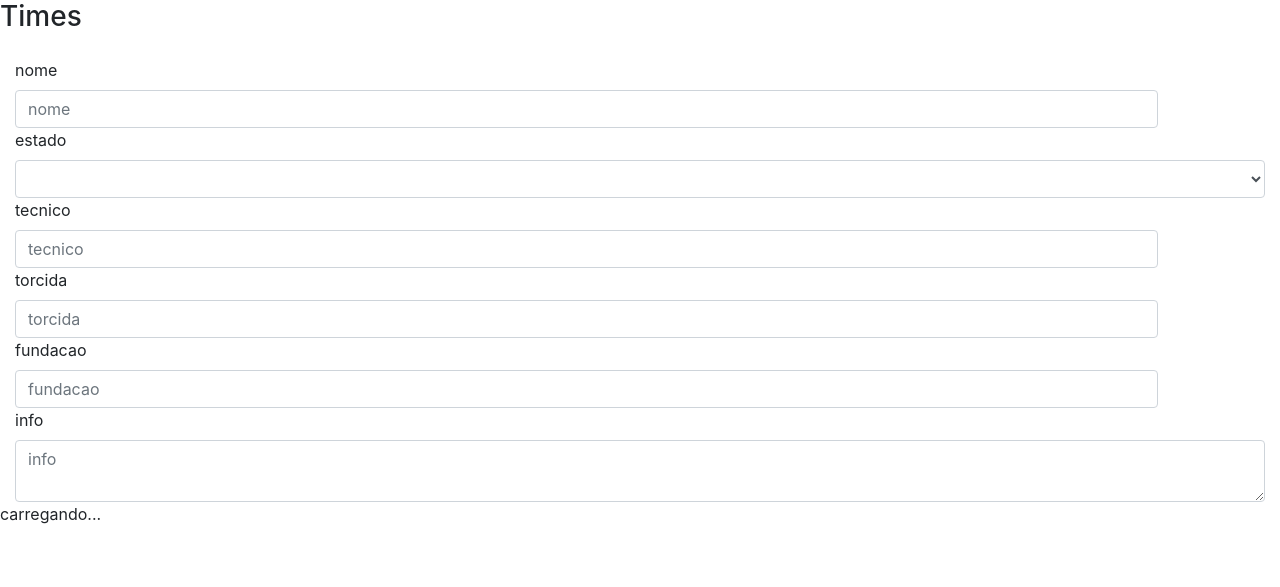
Repository: ecrseer/vuesheetpost
Page: /
The author's editor kept a copy of each file at every save. The page is drawn from the files as they stood at one save, then again after the next save.
The browser window is 1280 px wide. The pictures show the whole page.
The page's requests for data from a server got no answer. The project was rebuilt for these pictures with package versions that can differ from the ones it lists, and the page was loaded fresh each time. No one was signed in, and anything a server would have sent is missing. Also part of the build but not shown: vite.config.js, vue.config.js.

Above is the page before, as saved 2021-08-23 16:06:45.

### src/App.vue
<template>
  <h3>Times</h3>
  <div>
    <!-- <table>
      <thead>
      <tr>
        <th>Nome</th>
        <th>Estado</th>
        <th>Torcida</th>
        <th>Ano</th>
        <th>info</th>
      </tr>
      </thead>
      <tbody>
      <tr v-for="(time, index) in times" v-bind:key="index">
        <td>{{ time.nome }}</td>
        <td>{{ time.estado }}</td>
        <td>{{ time.torcida }}</td>
        <td>{{ time.fundacao_ano }}</td>
        <td>{{ time.info }}</td>
        <td>
          <button @click="editar(time)">editar</button>
        </td>
        <td>
          <span v-if="carregando">carregando</span>
          <button v-else @click="apagar(time, index)">apagar</button>
        </td>
      </tr>
      </tbody>
    </table> -->
    <TabelaMarota v-bind:lista="times"
    v-on:editando="editar"
    ></TabelaMarota>
  </div>


  <div>

    <Campo nome="nome" v-model="time.nome"></Campo>
    <CampoDropDown nome="estado" v-model="time.estado" :itens="estados"></CampoDropDown>
    <Campo nome="tecnico" v-model="time.tecnico"></Campo>
    <Campo nome="torcida" tipo="number" v-model="time.torcida"></Campo>
    <Campo nome="fundacao" tipo="number" v-model="time.fundacao_ano"></Campo>
    <CampoText tipo="texto" nome="info" v-model="time.info"></CampoText>

    <span v-if="carregando">carregando...</span>
    <button v-else @click="salvar">salvar</button>
  </div>

</template>


<script>
// todo:
// atualizar lista superior
// limpar campos depois de salvar
// estados como drop-down
// torcida tem q ser do tipo number
// fundacao do tipo number
// info tem q ser um textarea

// transformar a listagem de times em uma tabela
// excluir
// editar um time

import Campo from './components/Campo.vue'
import axios from 'axios'
import CampoDropDown from './components/CampoDropDown.vue'
import CampoText from './components/CampoText.vue'
import TabelaMarota from './components/TabelaMarota.vue'

let timeNovo = () => {
  return {
    'id': 'INCREMENT',
    'nome': '',
    'estado': '',
    'tecnico': '',
    'torcida': '',
    'fundacao_ano': '',
    'info': ''
  }
}

export default {
  components: {TabelaMarota, CampoText, CampoDropDown, Campo},
  data() {
    return {
      time: timeNovo(),
      times: [],
      carregando: true,
      editando: false,
      estados: [
        'RJ',
        'SP',
        'RS',
      ]
    }
  },
  methods: {
    salvar() {
      this.carregando = true
      if (this.editando) {
        axios.put(
            `https://sheetdb.io/api/v1/${import.meta.env.VITE_TABELA_GJ}/id/${this.time.id}`,
            {data: [this.time]}
        ).then(() => {
          Object.assign(this.editando, this.time)
          this.time = timeNovo()
          this.carregando = false
          this.editando = false
        })
      } else {
        axios.post(
            `https://sheetdb.io/api/v1/${import.meta.env.VITE_TABELA_GJ}`,
            {data: [this.time]}
        ).then(() => {
          this.times.push(this.time)
          this.time = timeNovo()
          this.carregando = false
        })
      }
    },
    apagar(time, index) {
      this.carregando = true
      axios.delete(`https://sheetdb.io/api/v1/${import.meta.env.VITE_TABELA_GJ}/id/${time.id}`).then(() => {
        this.times.splice(index, 1)
        this.carregando = false
      })
    },
    editar(time) {
      this.editando = time
      this.time = {...time}
    }
  },
  mounted() {
    this.carregando = true
    axios.get(`https://sheetdb.io/api/v1/${import.meta.env.VITE_TABELA_GJ}`).then(({data}) => {
      this.times = data
      this.carregando = false
    })
  }
}
</script>

<style>
@import "https://stackpath.bootstrapcdn.com/bootstrap/4.3.1/css/bootstrap.min.css";


</style>

### src/components/Campo.vue
<template>
  <div class="col-11">
    <label :for="nome" class="form-label">{{ nome }}</label>
    <input v-bind:type="tipocampo"
           class="form-control"
           :id="nome"
           :placeholder="nome"
           :value="modelValue"
           @input="$emit('update:modelValue', $event.target.value)">
  </div>
</template>

<script>
export default {
  name: 'Campo',
  emits: ['update:modelValue'],
  props: ['tipocampo' ,'nome', 'modelValue'],
  methods: {
    atualizar(){
      this.$emit('bombom')
    }
  }
}
</script>

<style scoped>
</style>

### src/components/CampoDropDown.vue
<template>
  <div class="col-12">
    <label :for="nome" class="form-label">{{ nome }}</label>
    <select
      class="form-control"
      :id="nome"
      :placeholder="nome"
      :value="modelValue"
      @input="$emit('update:modelValue', $event.target.value)">
      <option v-for="item in itens" :key="item" :value="item">{{ item }}</option>
    </select>
  </div>
</template>

<script>
export default {
  name: 'CampoDropDown',
  emits: ['update:modelValue'],
  props: ['nome', 'modelValue', 'itens'],
  methods: {
    atualizar() {
      this.$emit('bombom')
    }
  }
}
</script>

<style scoped>

</style>

### src/components/CampoText.vue
<template>
  <div class="col-12">
    <label :for="nome" class="form-label">{{ nome }}</label>
    <textarea
      class="form-control"
      :id="nome"
      :placeholder="nome"
      :value="modelValue"
      @input="$emit('update:modelValue', $event.target.value)">
    </textarea>
  </div>
</template>

<script>
export default {
  name: 'CampoText',
  emits: ['update:modelValue'],
  props: ['nome', 'modelValue'],
  methods: {
    atualizar() {
      this.$emit('bombom')
    }
  }
}
</script>

<style scoped>

</style>

### src/components/TabelaMarota.vue
<template>
  <table class="table table-hover" v-bind:class="table-hover">

    <thead>

    <tr >
      <th  scope="col"
      v-for="(atributo,key) in lista[0]" v-bind:key="key">
        {{ key }}</th>

    </tr>
    </thead>
    <tbody>
    <tr v-for="item in lista" v-bind:key="item">
      <td v-for="(atributo,key) in item" v-bind:key="key">
        {{ atributo }}
      </td>
      <!-- iterou por todos atributos de um item só -->
       <td>
          <button
          class="btn btn-primary"
           @click="$emit('editar',item)">editar</button>
        </td>
        <td>
          <div
          class="alert alert-primary"
          v-if="carregando">carregando</div>
          <button v-else
          class="btn btn-danger"
          @click="$emit('apagar',[time, index])">apagar</button>
        </td>
    </tr>
    </tbody>
  </table>
  <!--
    as funcoes editar/apagar deveriam estar aqui?
     estado DropDown nao carrega ao editar no outro proj
   -->
</template>

<script>
export default {
  name: 'TabelaMarota',
  props:['lista']
}
</script>

Loaded but not shown: index.html (common file); src/main.js (common file)

After the next save:
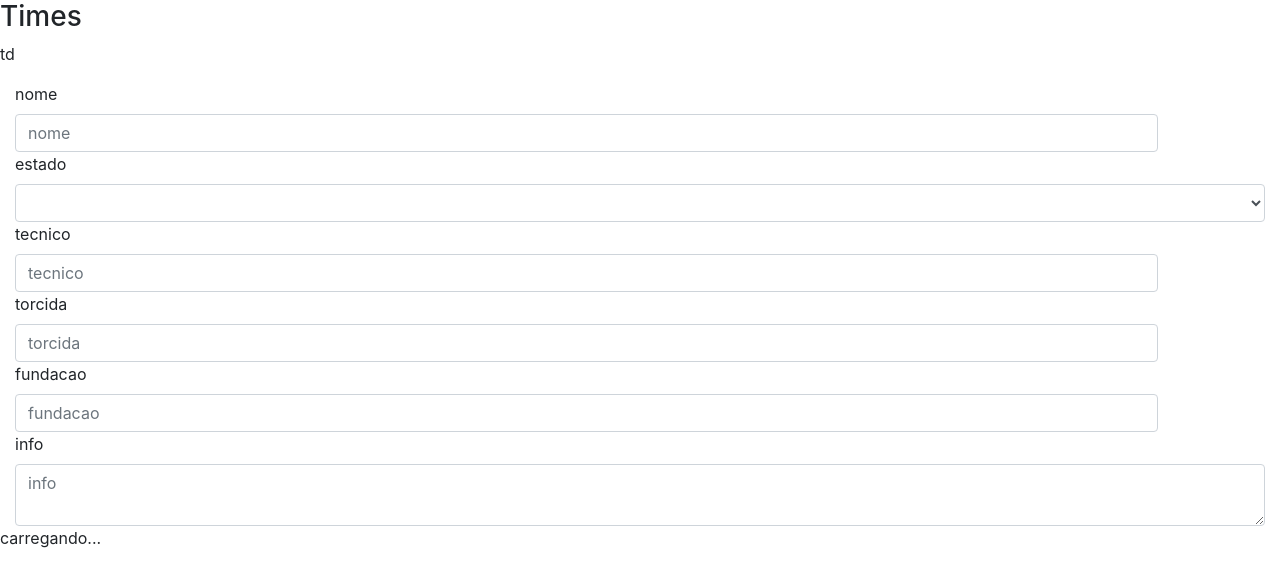
Saved 25 s later.
--- a/src/components/TabelaMarota.vue
+++ b/src/components/TabelaMarota.vue
@@ -7,7 +7,7 @@
       <th  scope="col"
       v-for="(atributo,key) in lista[0]" v-bind:key="key">
         {{ key }}</th>
-
+      td
     </tr>
     </thead>
     <tbody>
